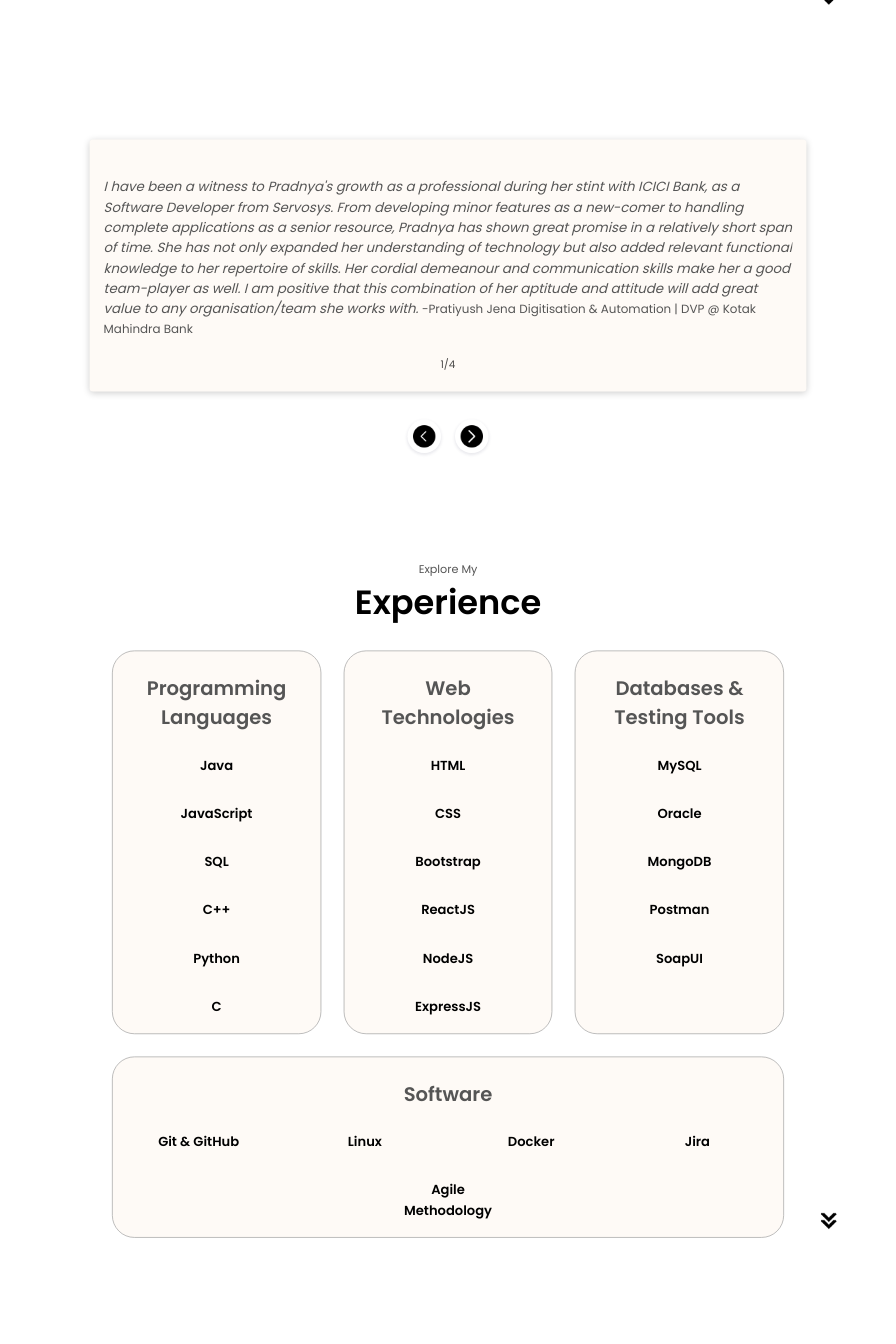
Repository: Pradnya-07/Portfolio-Pradnya
Page: index.html
The author's editor kept a copy of each file at every save. The page is drawn from the files as they stood at one save, then again after the next save.
The browser window is 1280 px wide. The pictures show the part of the page from y = 1455 to 3375 px (the page is 5307 px tall), at 70% of full size.

Above is the page before, as saved 2025-05-02 10:05:53.

After the next save:
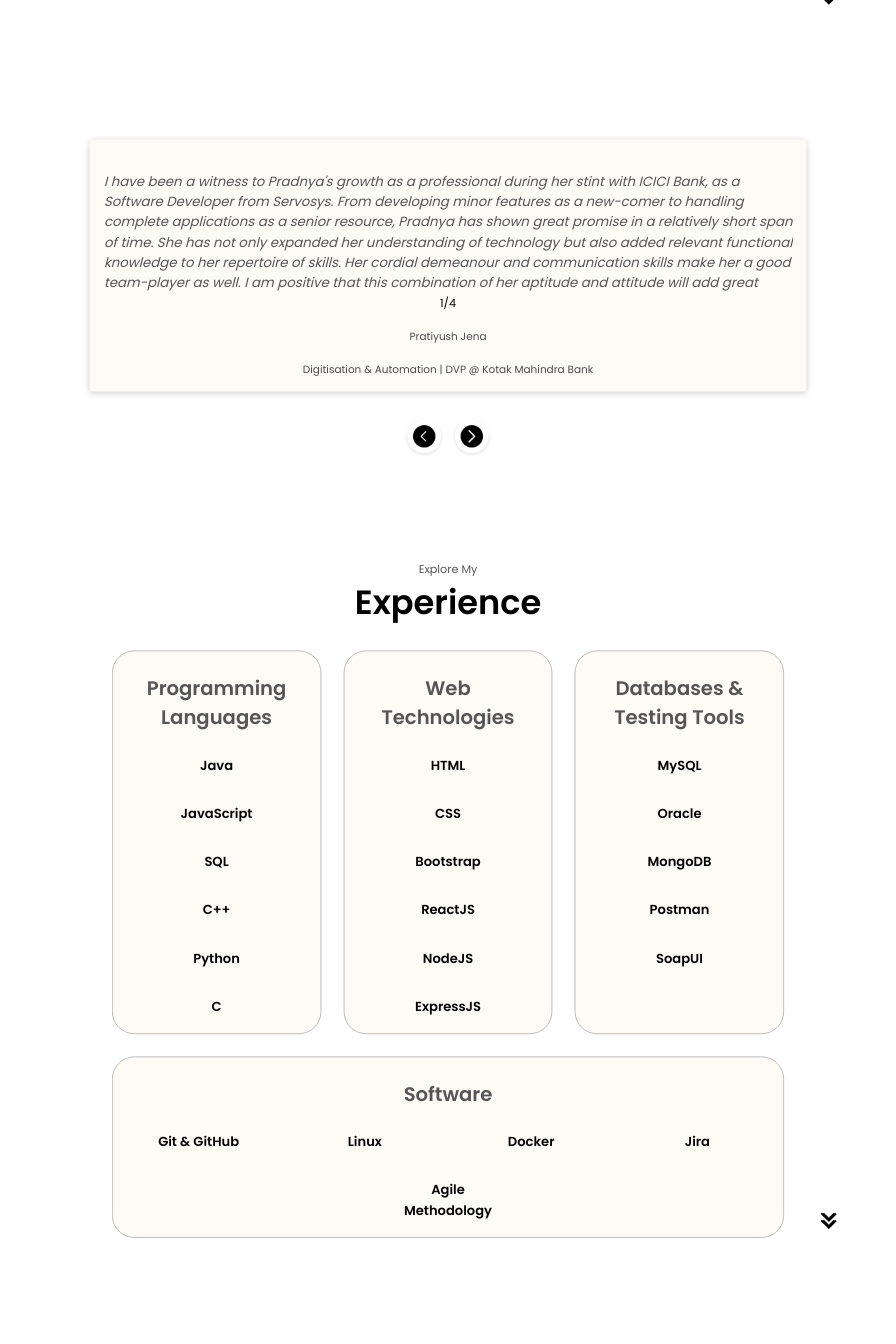
Saved 104 s later.
--- a/index.html
+++ b/index.html
@@ -129,10 +129,11 @@
          She has not only expanded her understanding of technology but also added relevant functional knowledge to her repertoire of skills.
          Her cordial demeanour and communication skills make her a good team-player as well.
          I am positive that this combination of her aptitude and attitude will add great value to any organisation/team she works with.
-        <span>-Pratiyush Jena</span>
-        <span>Digitisation & Automation | DVP @ Kotak Mahindra Bank</span>
+
       </p>
-      <span class="numbertext">1/4</span>
+      <span >1/4</span>
+      <span class="numbertext">Pratiyush Jena</span>
+        <span class="numbertext">Digitisation & Automation | DVP @ Kotak Mahindra Bank</span>
     </div>
 
 
@@ -142,10 +143,11 @@
         Pradnya was working as Developer in my team, during the course Pradnya proved her independent, hardworking, problem solving and technical skills,
         She completed the assigned task on time. She is understanding and can manage stuff on own.
         I recommend Pradnya for development position and with right guidance and support she is an asset for team.
-        <span>-Nawaz Shaikh</span>
-        <span>Senior Business Analyst | Product Management | Fintech</span>
+
       </p>
       <span class="numbertext">3/4</span>
+      <span>-Nawaz Shaikh</span>
+      <span>Senior Business Analyst | Product Management | Fintech</span>
     </div>
 
 
@@ -155,21 +157,24 @@
         Pradnya is an experienced professional in all aspects of software development. We used to discuss different approaches for the tasks.
         She always had a positive influence on team at stressful times. I never got a chance to work with her in the same team but I really appreciate all of her efforts she used to put in projects to finish them by the deadlines.
         She will be a good asset to any organization and I am happy to recommend her.
-        <span>Upasana Garg</span>
-        <span> R&D Software Engineer @Dassault Systems</span>
+
       </p>
       <span class="numbertext">4/4</span>
+      <span>Upasana Garg</span>
+      <span> R&D Software Engineer @Dassault Systems</span>
     </div>
+
     <div class="testimonial">
 
       <p>
         Pradnya is one of the most dedicated professionals I’ve worked with and is willing to put that extra help whenever required.
         Her expertise as a developer is considerable, and it helped the team always.
         Her contribution is valuable to the side, and I highly recommend Pradnya and would love to work with her again.
-        <span>-Mahima Tayal</span>
-        <span>Lead Software Engineer at UKG</span>
+
       </p>
       <span class="numbertext">2/4</span>
+      <span>-Mahima Tayal</span>
+      <span>Lead Software Engineer at UKG</span>
     </div>
     <div>
       <a class="prev">
